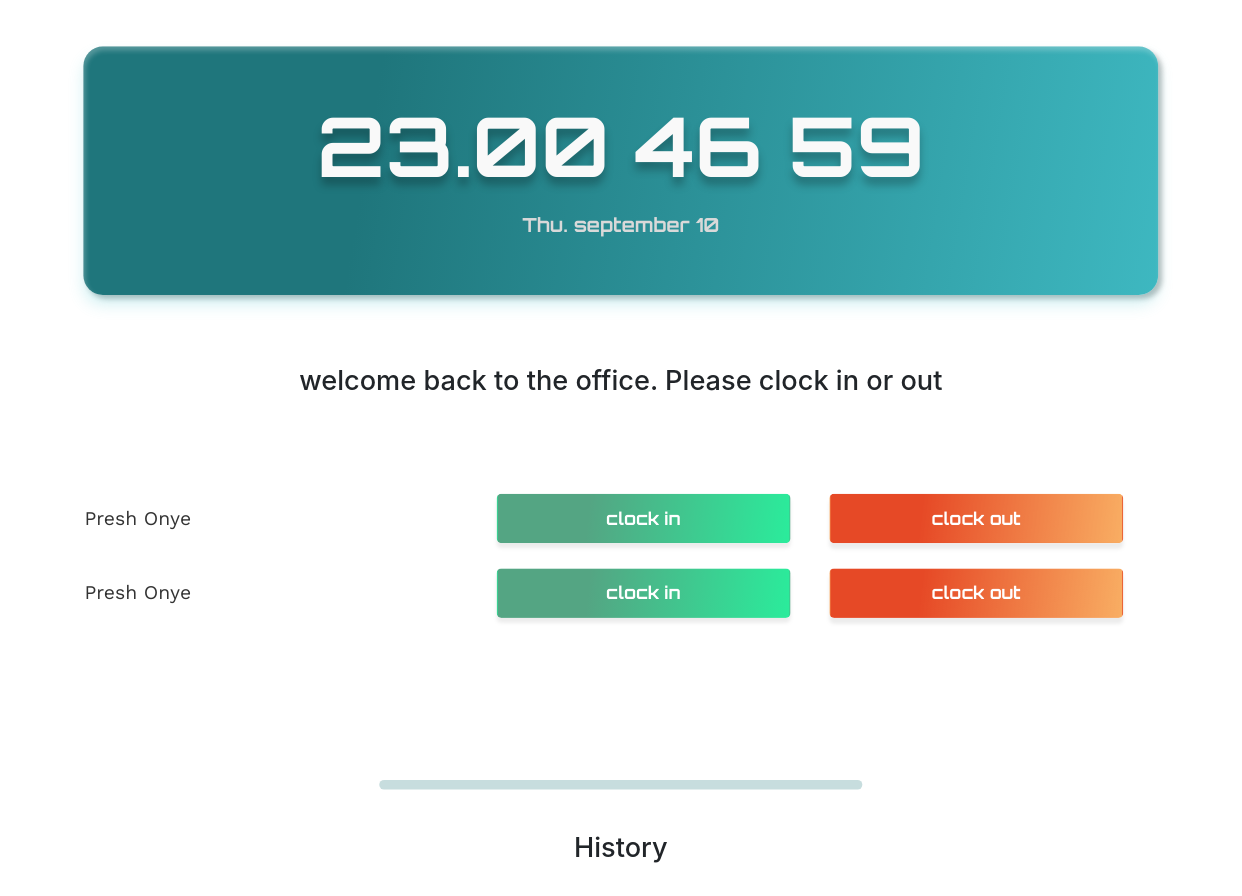
Repository: giprim/clocker
Page: /
An editor plug-in stored every save of this project. The page is shown before and after the next save, followed by the edit.
The browser window is 1280 px wide. The pictures show the whole page, at 97% of full size.
The project was rebuilt for these pictures with package versions that can differ from the ones it lists, and the page was loaded fresh each time.

Above is the page before, as saved 2020-09-11 00:06:10.

After the next save:
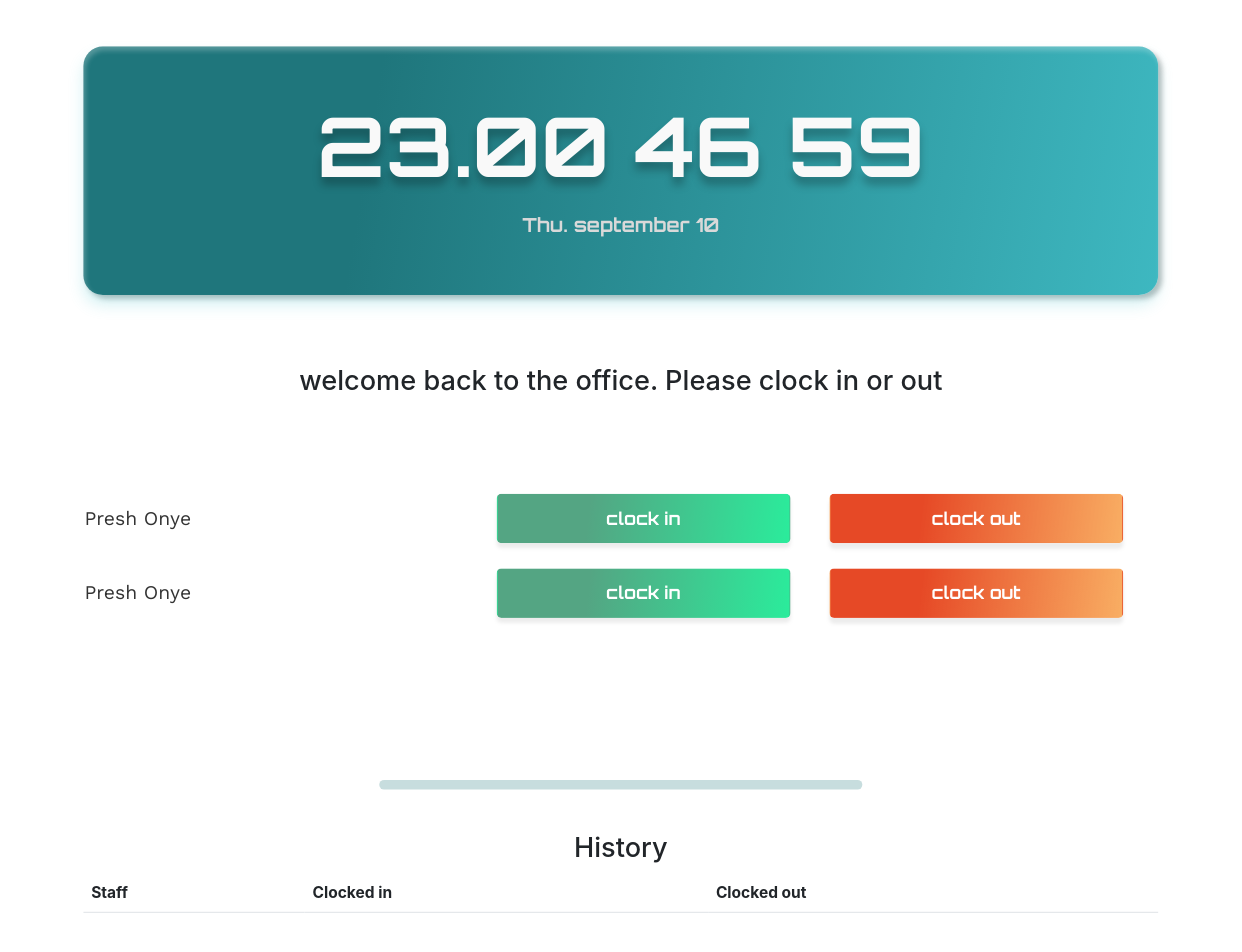
Saved 92 s later.
--- a/src/App.tsx
+++ b/src/App.tsx
@@ -61,6 +61,16 @@ function App() {
 
       <hr />
       <h3 className='text-center'>History</h3>
+
+      <table className='table'>
+        <thead>
+          <tr>
+            <th>Staff</th>
+            <th>Clocked in</th>
+            <th>Clocked out</th>
+          </tr>
+        </thead>
+      </table>
     </div>
   );
 }
